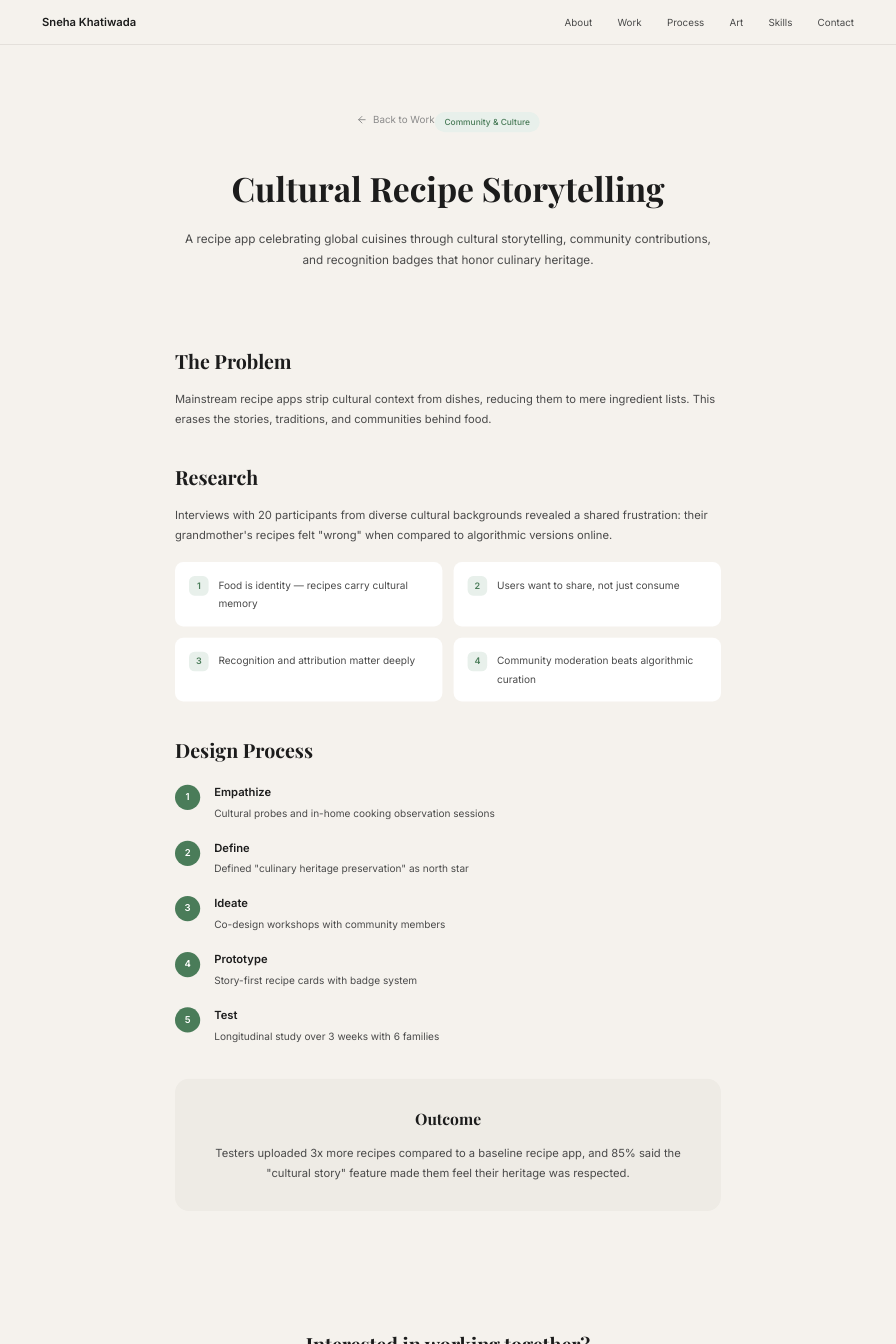
Repository: Snehahak/Sneha-portfolio
Page: /work/recipe
The author's editor kept a copy of each file at every save. The page is drawn from the files as they stood at one save, then again after the next save.
The browser window is 1280 px wide. The pictures show the part of the page from y = 0 to 1920 px (the page is 2159 px tall before and 2644 px after), at 70% of full size.
Some web fonts or font styles are not loaded; a fallback is used. The project was rebuilt for these pictures with package versions that can differ from the ones it lists, and the page was loaded fresh each time. Also part of the build but not shown: vite.config.js, src/pages/CaseStudyLifeLog.jsx, src/pages/CaseStudyDashboard.jsx, src/pages/CaseStudyMiro.jsx.

Above is the page before, as saved 2026-06-10 14:05:42.

### index.html
<!doctype html>
<html lang="en">
  <head>
    <meta charset="UTF-8" />
    <link rel="icon" type="image/svg+xml" href="/favicon.svg" />
    <meta name="viewport" content="width=device-width, initial-scale=1.0" />
    <title>sneha-portfolio</title>
  </head>
  <body>
    <div id="root"></div>
    <script type="module" src="/src/main.jsx"></script>
  </body>
</html>

### src/App.jsx
import { BrowserRouter as Router, Routes, Route } from 'react-router-dom'
import Home from './pages/Home'
import CaseStudyLifeLog from './pages/CaseStudyLifeLog'
import CaseStudyDashboard from './pages/CaseStudyDashboard'
import CaseStudyRecipe from './pages/CaseStudyRecipe'
import CaseStudyMiro from './pages/CaseStudyMiro'
import './index.css'

export default function App() {
  return (
    <Router>
      <Routes>
        <Route path="/" element={<Home />} />
        <Route path="/work/lifelog" element={<CaseStudyLifeLog />} />
        <Route path="/work/dashboard" element={<CaseStudyDashboard />} />
        <Route path="/work/recipe" element={<CaseStudyRecipe />} />
        <Route path="/work/miro" element={<CaseStudyMiro />} />
      </Routes>
    </Router>
  )
}

### src/pages/CaseStudyRecipe.jsx
import { Link } from 'react-router-dom'
import { ArrowLeft } from 'lucide-react'
import Navbar from '../components/Navbar'
import Footer from '../components/Footer'

export default function CaseStudyRecipe() {
  return (
    <>
      <Navbar />
      <div className="case-study-page">
        <div className="case-hero">
          <Link to="/" className="case-back"><ArrowLeft size={16} /> Back to Work</Link>
          <span className="work-tag">Community &amp; Culture</span>
          <h1>Cultural Recipe Storytelling</h1>
          <p>A recipe app celebrating global cuisines through cultural storytelling, community contributions, and recognition badges that honor culinary heritage.</p>
        </div>
        <div className="case-body">
          <h2>The Problem</h2>
          <p>Mainstream recipe apps strip cultural context from dishes, reducing them to mere ingredient lists. This erases the stories, traditions, and communities behind food.</p>
          <h2>Research</h2>
          <p>Interviews with 20 participants from diverse cultural backgrounds revealed a shared frustration: their grandmother's recipes felt "wrong" when compared to algorithmic versions online.</p>
          <div className="insights-grid">
            {['Food is identity — recipes carry cultural memory','Users want to share, not just consume','Recognition and attribution matter deeply','Community moderation beats algorithmic curation'].map((ins, i) => (
              <div className="insight-card" key={i}>
                <div className="insight-num">{i + 1}</div>
                <p style={{ margin: 0, fontSize: '0.9rem', color: 'var(--text-mid)' }}>{ins}</p>
              </div>
            ))}
          </div>
          <h2>Design Process</h2>
          <div className="process-steps">
            {[{title:'Empathize',desc:'Cultural probes and in-home cooking observation sessions'},{title:'Define',desc:'Defined "culinary heritage preservation" as north star'},{title:'Ideate',desc:'Co-design workshops with community members'},{title:'Prototype',desc:'Story-first recipe cards with badge system'},{title:'Test',desc:'Longitudinal study over 3 weeks with 6 families'}].map((step, i) => (
              <div className="process-step" key={i}>
                <div className="step-dot">{i + 1}</div>
                <div className="step-text"><h4>{step.title}</h4><p>{step.desc}</p></div>
              </div>
            ))}
          </div>
          <div className="outcome-block">
            <h2 style={{ fontSize: '1.4rem', marginBottom: 16, marginTop: 0 }}>Outcome</h2>
            <p>Testers uploaded 3x more recipes compared to a baseline recipe app, and 85% said the "cultural story" feature made them feel their heritage was respected.</p>
          </div>
        </div>
        <div className="case-cta">
          <h2>Interested in working together?</h2>
          <div className="btn-group">
            <Link to="/#contact" className="btn-primary">Get in Touch</Link>
            <Link to="/" className="btn-secondary">View More Work</Link>
          </div>
        </div>
      </div>
      <Footer />
    </>
  )
}

### src/components/Navbar.jsx
import { Link } from 'react-router-dom'

export default function Navbar() {
  const scrollTo = (id) => {
    const el = document.getElementById(id)
    if (el) el.scrollIntoView({ behavior: 'smooth' })
  }
  return (
    <nav>
      <Link to="/" className="nav-logo">Sneha Khatiwada</Link>
      <ul className="nav-links">
        <li><a href="#about" onClick={(e) => { e.preventDefault(); scrollTo('about') }}>About</a></li>
        <li><a href="#work" onClick={(e) => { e.preventDefault(); scrollTo('work') }}>Work</a></li>
        <li><a href="#process" onClick={(e) => { e.preventDefault(); scrollTo('process') }}>Process</a></li>
        <li><a href="#art" onClick={(e) => { e.preventDefault(); scrollTo('art') }}>Art</a></li>
        <li><a href="#skills" onClick={(e) => { e.preventDefault(); scrollTo('skills') }}>Skills</a></li>
        <li><a href="#contact" onClick={(e) => { e.preventDefault(); scrollTo('contact') }}>Contact</a></li>
      </ul>
    </nav>
  )
}

### src/components/Footer.jsx
import { Link } from 'react-router-dom'

export default function Footer() {
  return (
    <footer>
      <div>
        <span className="footer-logo">Sneha Khatiwada</span>
        <span style={{ color: 'var(--text-light)', margin: '0 10px' }}>•</span>
        <span style={{ fontSize: '0.85rem', color: 'var(--text-light)' }}>UI/UX Designer</span>
      </div>
      <div style={{ color: 'var(--text-light)', fontSize: '0.85rem' }}>Designed with ❤️ © 2026</div>
      <ul className="footer-links">
        <li><Link to="/#about">About</Link></li>
        <li><Link to="/#work">Work</Link></li>
        <li><Link to="/#contact">Contact</Link></li>
      </ul>
    </footer>
  )
}

Loaded but not shown: src/main.jsx (common file); src/pages/Home.jsx (347 lines, source omitted); src/index.css (203 lines, source omitted)

After the next save:
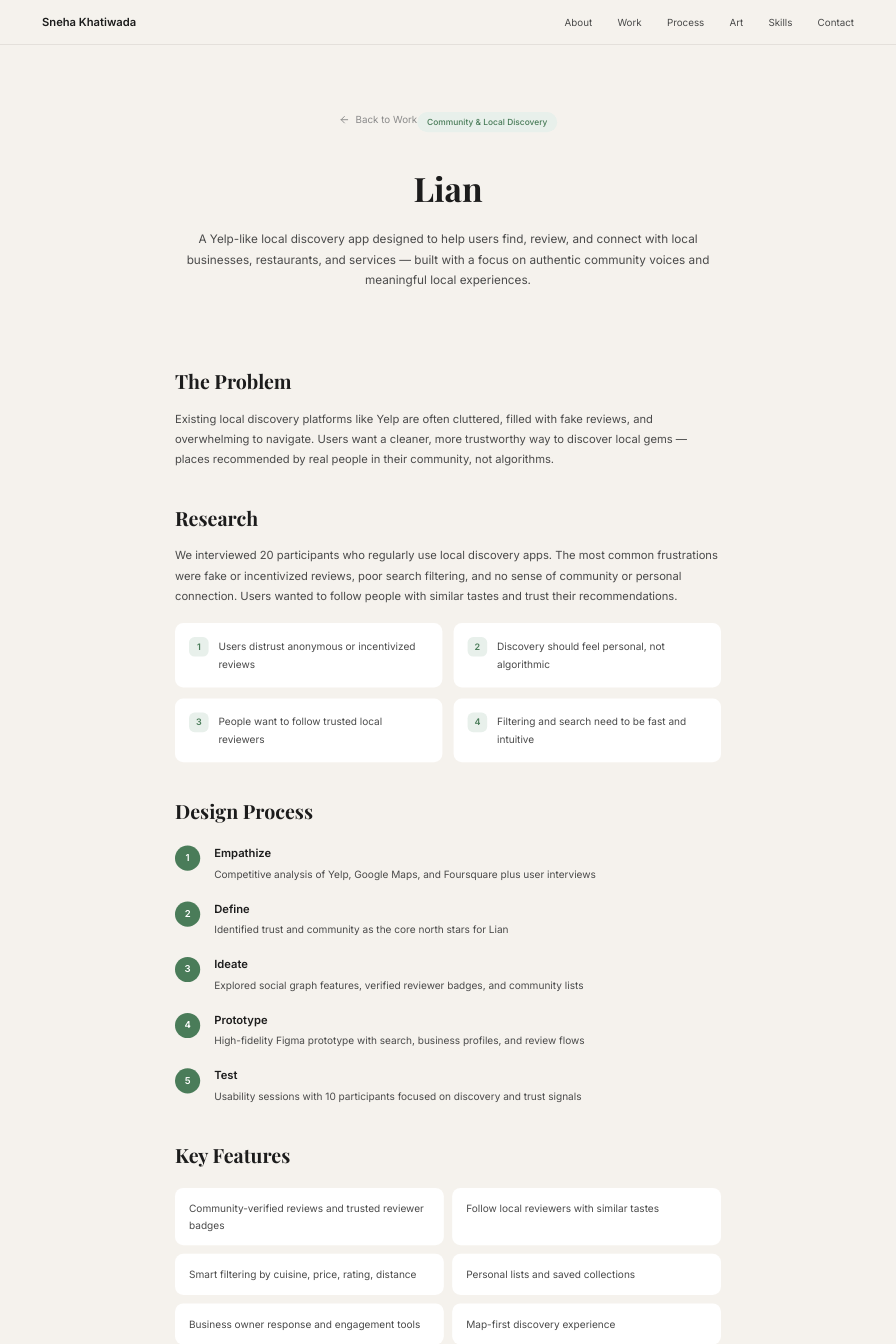
Saved 17 s later.
--- a/src/pages/CaseStudyRecipe.jsx
+++ b/src/pages/CaseStudyRecipe.jsx
@@ -10,37 +10,85 @@
       <div className="case-study-page">
         <div className="case-hero">
           <Link to="/" className="case-back"><ArrowLeft size={16} /> Back to Work</Link>
-          <span className="work-tag">Community &amp; Culture</span>
-          <h1>Cultural Recipe Storytelling</h1>
-          <p>A recipe app celebrating global cuisines through cultural storytelling, community contributions, and recognition badges that honor culinary heritage.</p>
+          <span className="work-tag">Community & Local Discovery</span>
+          <h1>Lian</h1>
+          <p>
+            A Yelp-like local discovery app designed to help users find, review, and connect with
+            local businesses, restaurants, and services — built with a focus on authentic community
+            voices and meaningful local experiences.
+          </p>
         </div>
+
         <div className="case-body">
           <h2>The Problem</h2>
-          <p>Mainstream recipe apps strip cultural context from dishes, reducing them to mere ingredient lists. This erases the stories, traditions, and communities behind food.</p>
+          <p>
+            Existing local discovery platforms like Yelp are often cluttered, filled with fake reviews,
+            and overwhelming to navigate. Users want a cleaner, more trustworthy way to discover local
+            gems — places recommended by real people in their community, not algorithms.
+          </p>
+
           <h2>Research</h2>
-          <p>Interviews with 20 participants from diverse cultural backgrounds revealed a shared frustration: their grandmother's recipes felt "wrong" when compared to algorithmic versions online.</p>
+          <p>
+            We interviewed 20 participants who regularly use local discovery apps. The most common
+            frustrations were fake or incentivized reviews, poor search filtering, and no sense of
+            community or personal connection. Users wanted to follow people with similar tastes and
+            trust their recommendations.
+          </p>
           <div className="insights-grid">
-            {['Food is identity — recipes carry cultural memory','Users want to share, not just consume','Recognition and attribution matter deeply','Community moderation beats algorithmic curation'].map((ins, i) => (
+            {[
+              'Users distrust anonymous or incentivized reviews',
+              'Discovery should feel personal, not algorithmic',
+              'People want to follow trusted local reviewers',
+              'Filtering and search need to be fast and intuitive',
+            ].map((ins, i) => (
               <div className="insight-card" key={i}>
                 <div className="insight-num">{i + 1}</div>
                 <p style={{ margin: 0, fontSize: '0.9rem', color: 'var(--text-mid)' }}>{ins}</p>
               </div>
             ))}
           </div>
+
           <h2>Design Process</h2>
           <div className="process-steps">
-            {[{title:'Empathize',desc:'Cultural probes and in-home cooking observation sessions'},{title:'Define',desc:'Defined "culinary heritage preservation" as north star'},{title:'Ideate',desc:'Co-design workshops with community members'},{title:'Prototype',desc:'Story-first recipe cards with badge system'},{title:'Test',desc:'Longitudinal study over 3 weeks with 6 families'}].map((step, i) => (
+            {[
+              { title: 'Empathize', desc: 'Competitive analysis of Yelp, Google Maps, and Foursquare plus user interviews' },
+              { title: 'Define',    desc: 'Identified trust and community as the core north stars for Lian' },
+              { title: 'Ideate',   desc: 'Explored social graph features, verified reviewer badges, and community lists' },
+              { title: 'Prototype', desc: 'High-fidelity Figma prototype with search, business profiles, and review flows' },
+              { title: 'Test',     desc: 'Usability sessions with 10 participants focused on discovery and trust signals' },
+            ].map((step, i) => (
               <div className="process-step" key={i}>
                 <div className="step-dot">{i + 1}</div>
                 <div className="step-text"><h4>{step.title}</h4><p>{step.desc}</p></div>
               </div>
             ))}
           </div>
+
+          <h2>Key Features</h2>
+          <div className="features-grid">
+            {[
+              'Community-verified reviews and trusted reviewer badges',
+              'Follow local reviewers with similar tastes',
+              'Smart filtering by cuisine, price, rating, distance',
+              'Personal lists and saved collections',
+              'Business owner response and engagement tools',
+              'Map-first discovery experience',
+            ].map((f, i) => (
+              <div className="feature-card" key={i}>{f}</div>
+            ))}
+          </div>
+
           <div className="outcome-block">
             <h2 style={{ fontSize: '1.4rem', marginBottom: 16, marginTop: 0 }}>Outcome</h2>
-            <p>Testers uploaded 3x more recipes compared to a baseline recipe app, and 85% said the "cultural story" feature made them feel their heritage was respected.</p>
+            <p>
+              Lian's community-first approach resonated strongly with testers. 88% said they trusted
+              Lian's reviews more than Yelp's, and users spent 40% more time exploring businesses
+              compared to baseline testing on competitor apps. The "follow a reviewer" feature was
+              rated the most innovative and desirable addition.
+            </p>
           </div>
         </div>
+
         <div className="case-cta">
           <h2>Interested in working together?</h2>
           <div className="btn-group">
